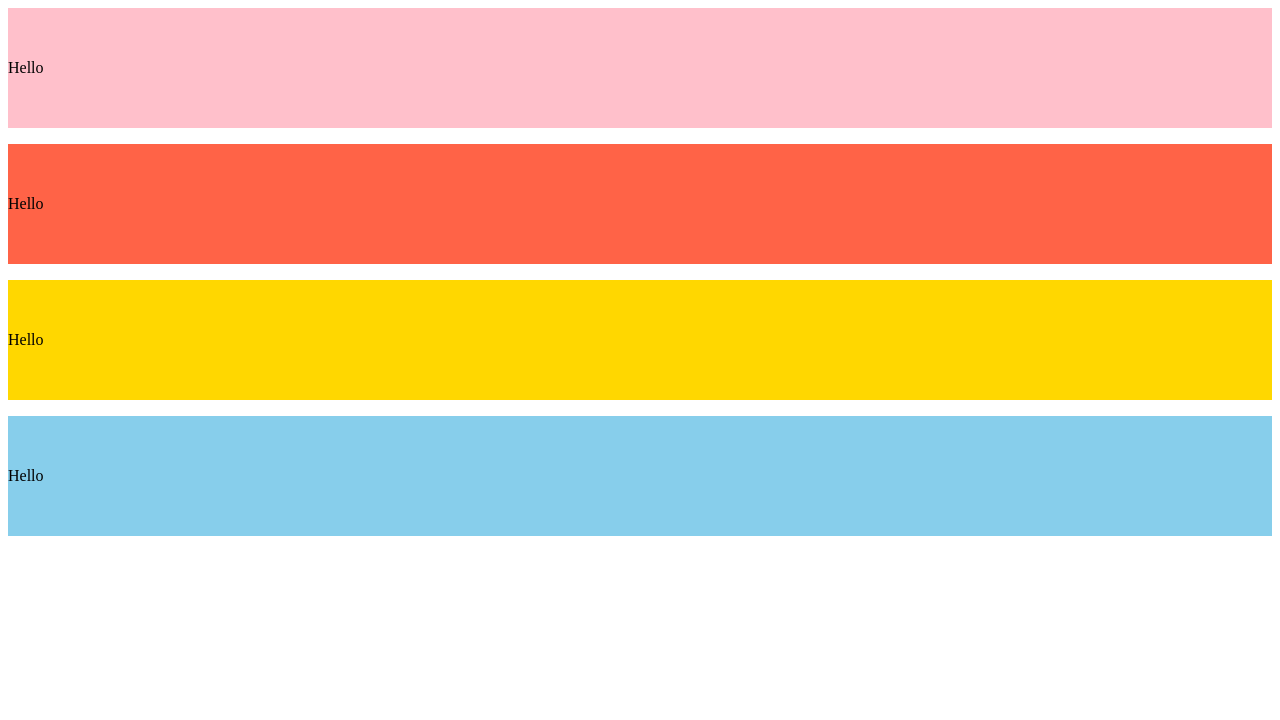
Repository: minoto9/vue_tutorial
Page: 1.html
An editor plug-in stored every save of this project. The page is shown before and after the next save, followed by the edit.
The browser window is 1280 px wide. The pictures show the whole page.

Above is the page before, as saved 2019-07-10 17:49:10.

### 1.html
<header>
    <link rel="stylesheet" type="text/css" href="1.css">
</header>

<div class="pink">
    <p>
        Hello
    </p>
</div>

<div class="tomato">
    <p>
        Hello
    </p>
</div>

<div class="gold">
    <p>
        Hello
    </p>
</div>

<div class="skyblue">
    <p>
        Hello
    </p>
</div>

### 1.css
div {
    margin-bottom: 10px;
    line-height:120px;
}

p {

}

.pink {
    background-color: pink;
}

.tomato {
    background-color: tomato;
}

.gold {
    background-color: gold;
}

.skyblue {
    background-color: skyblue;
}

After the next save:
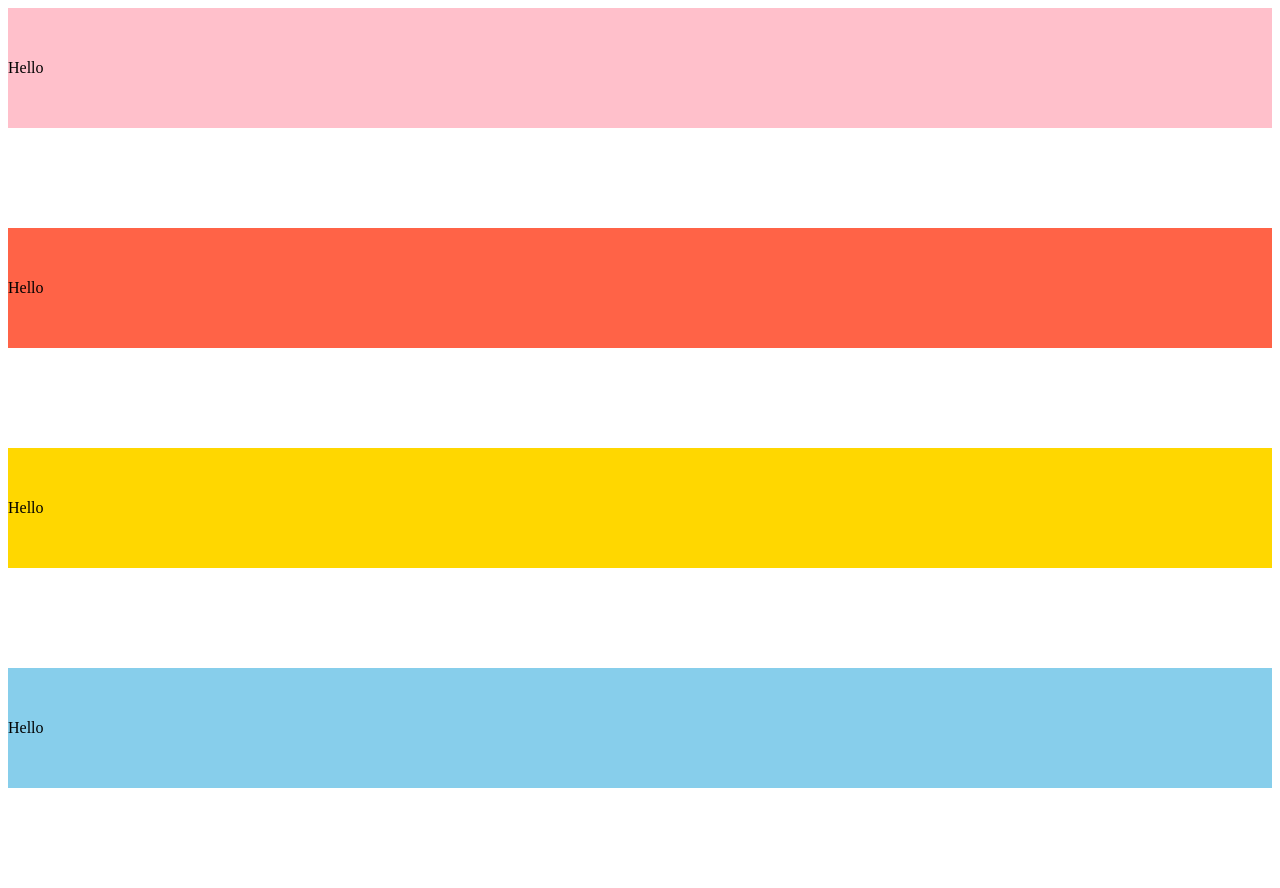
Saved 16 s later.
--- a/1.css
+++ b/1.css
@@ -1,5 +1,5 @@
 div {
-    margin-bottom: 10px;
+    margin-bottom: 100px;
     line-height:120px;
 }
 

After the save that followed:
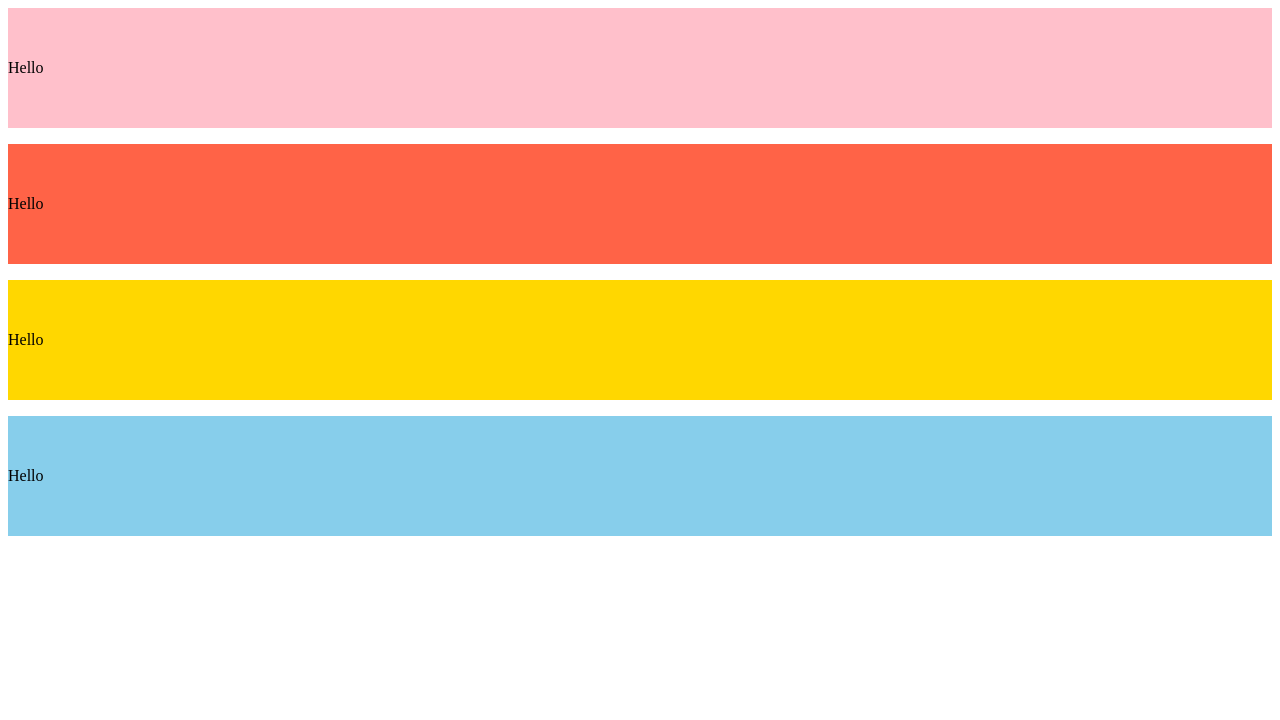
Saved 9 s later.
--- a/1.css
+++ b/1.css
@@ -1,5 +1,5 @@
 div {
-    margin-bottom: 100px;
+    margin-bottom: 14px;
     line-height:120px;
 }
 
